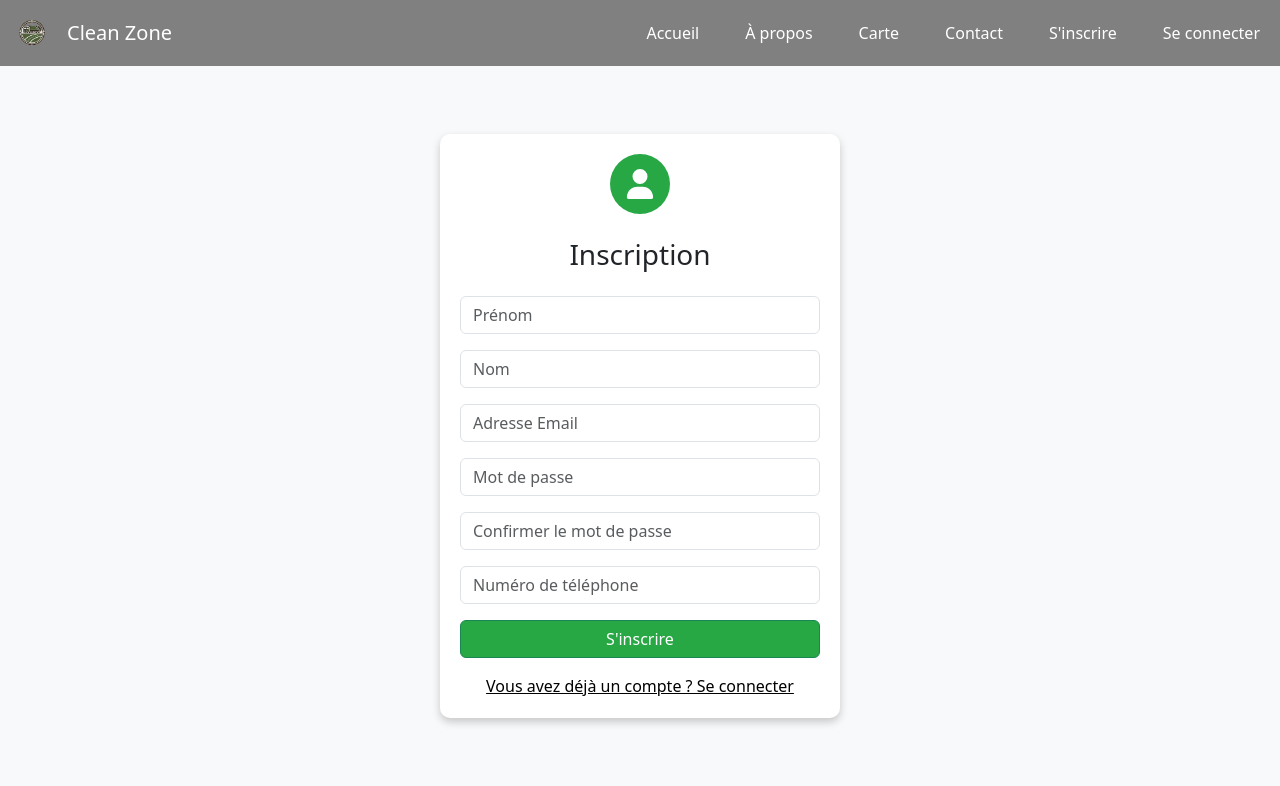
Repository: SystemInfoGeo/QGISproject
Page: /signup (app in NEXT/)
The author's editor kept a copy of each file at every save. The page is drawn from the files as they stood at one save, then again after the next save.
The browser window is 1280 px wide. The pictures show the whole page.
The project was rebuilt for these pictures with package versions that can differ from the ones it lists, and the page was loaded fresh each time. The framework's server and built-in components were replaced by stand-ins that run in the browser. Also part of the build but not shown: NEXT/next.config.mjs.

Above is the page before, as saved 2024-09-16 17:27:26.

### NEXT/pages/_app.js
// pages/_app.js
import { AuthProvider } from '../context/AuthContext';
import 'bootstrap/dist/css/bootstrap.min.css'; // Import Bootstrap CSS ici

function MyApp({ Component, pageProps }) {
  return (
    <AuthProvider>
      <Component {...pageProps} />
    </AuthProvider>
  );
}

export default MyApp;

### NEXT/pages/signup.js
import { useState } from 'react';
import axios from 'axios';
import { useRouter } from 'next/router';
import 'bootstrap/dist/css/bootstrap.min.css'; // Importation de Bootstrap pour le style
import Navbar from '../components/Navbar';
import { FontAwesomeIcon } from '@fortawesome/react-fontawesome';
import { faUser } from '@fortawesome/free-solid-svg-icons'; // Importer l'icône utilisateur
import '../styles/Signup.css'; // Import du fichier CSS externe

const Signup = () => {
  const [email, setEmail] = useState('');
  const [password, setPassword] = useState('');
  const [confirmPassword, setConfirmPassword] = useState('');
  const [firstName, setFirstName] = useState('');
  const [lastName, setLastName] = useState('');
  const [phoneNumber, setPhoneNumber] = useState('');
  const [error, setError] = useState('');
  const [loading, setLoading] = useState(false);
  const router = useRouter();

  const handleSubmit = async (e) => {
    e.preventDefault();
    setError('');
    setLoading(true);

    if (password !== confirmPassword) {
      setError('Les mots de passe ne correspondent pas.');
      setLoading(false);
      return;
    }

    const emailPattern = /^[^\s@]+@[^\s@]+\.[^\s@]+$/;
    if (!emailPattern.test(email)) {
      setError('Adresse email invalide.');
      setLoading(false);
      return;
    }

    const phonePattern = /^[0-9]{10,15}$/;
    if (!phonePattern.test(phoneNumber)) {
      setError('Numéro de téléphone invalide.');
      setLoading(false);
      return;
    }

    try {
      const response = await axios.post(`${process.env.NEXT_PUBLIC_API_URL}/signup`, {
        email,
        password,
        confirm_password: confirmPassword,
        first_name: firstName,
        last_name: lastName,
        phone_number: phoneNumber
      });

      if (response.status === 201) {
        setEmail('');
        setPassword('');
        setConfirmPassword('');
        setFirstName('');
        setLastName('');
        setPhoneNumber('');

        router.push('/login');
      }
    } catch (error) {
      if (error.response && error.response.data.error) {
        setError(error.response.data.error);
      } else {
        setError('Erreur lors de l\'inscription. Veuillez réessayer.');
      }
    } finally {
      setLoading(false);
    }
  };

  return (
    <>
      <Navbar /> {/* Inclusion de la Navbar */}

      {/* Contenu principal de la page d'inscription */}
      <div className="d-flex justify-content-center align-items-center vh-100 bg-light">
        <div className="signup-container">
          <div className="signup-icon mb-4 mx-auto d-flex justify-content-center align-items-center">
            <FontAwesomeIcon icon={faUser} size="2x" className="text-white" />
          </div>
          <h3 className="text-center mb-4">Inscription</h3>
          <form onSubmit={handleSubmit}>
            <div className="mb-3">
              <input
                type="text"
                className="form-control"
                id="firstName"
                placeholder="Prénom" // Placeholder à la place de <label>
                value={firstName}
                onChange={(e) => setFirstName(e.target.value)}
                required
              />
            </div>
            <div className="mb-3">
              <input
                type="text"
                className="form-control"
                id="lastName"
                placeholder="Nom" // Placeholder à la place de <label>
                value={lastName}
                onChange={(e) => setLastName(e.target.value)}
                required
              />
            </div>
            <div className="mb-3">
              <input
                type="email"
                className="form-control"
                id="email"
                placeholder="Adresse Email" // Placeholder à la place de <label>
                value={email}
                onChange={(e) => setEmail(e.target.value)}
                required
              />
            </div>
            <div className="mb-3">
              <input
                type="password"
                className="form-control"
                id="password"
                placeholder="Mot de passe" // Placeholder à la place de <label>
                value={password}
                onChange={(e) => setPassword(e.target.value)}
                required
              />
            </div>
            <div className="mb-3">
              <input
                type="password"
                className="form-control"
                id="confirmPassword"
                placeholder="Confirmer le mot de passe" // Placeholder à la place de <label>
                value={confirmPassword}
                onChange={(e) => setConfirmPassword(e.target.value)}
                required
              />
            </div>
            <div className="mb-3">
              <input
                type="tel"
                className="form-control"
                id="phoneNumber"
                placeholder="Numéro de téléphone" // Placeholder à la place de <label>
                value={phoneNumber}
                onChange={(e) => setPhoneNumber(e.target.value)}
                required
              />
            </div>
            <button type="submit" className="btn btn-success w-100 signup-btn" disabled={loading}>
              {loading ? 'Inscription en cours...' : "S'inscrire"}
            </button>
            {error && <p className="text-danger mt-3">{error}</p>}
          </form>
          <div className="text-center mt-3">
            <a href="/login">Vous avez déjà un compte ? Se connecter</a>
          </div>
        </div>
      </div>
    </>
  );
};

export default Signup;

### NEXT/context/AuthContext.js
import { createContext, useContext, useState, useEffect } from 'react';
import { Spinner } from 'react-bootstrap';
import jwt_decode from 'jwt-decode';

// Créez le contexte
const AuthContext = createContext();

// Créez un hook pour utiliser le contexte facilement
export const useAuth = () => useContext(AuthContext);

// Créer un fournisseur pour encapsuler l'état de connexion global
export const AuthProvider = ({ children }) => {
  const [loggedIn, setLoggedIn] = useState(false);
  const [loading, setLoading] = useState(true);  // Indicateur de chargement
  const [user, setUser] = useState(null);        // Stockage des informations utilisateur

  // Fonction pour vérifier la validité du token
  const isTokenValid = (token) => {
    try {
      const decodedToken = jwt_decode(token);  // Décodage du token JWT
      const currentTime = Date.now() / 1000;  // Temps actuel en secondes
      if (decodedToken.exp > currentTime) {
        return true;  // Le token est valide
      } else {
        console.warn("Le token a expiré.");
        return false;  // Le token est expiré
      }
    } catch (error) {
      console.error("Erreur lors du décodage du token:", error);
      return false;  // Le token est invalide
    }
  };

  // Vérification de la connexion au démarrage
  useEffect(() => {
    const token = localStorage.getItem('token');
    const userInfo = localStorage.getItem('user');

    // Vérification de la présence des données
    if (token && userInfo) {
      try {
        // Vérifier si le token est valide
        if (isTokenValid(token)) {
          setLoggedIn(true);

          // Essayer de parser les informations utilisateur
          try {
            const parsedUser = JSON.parse(userInfo);  // Charger les informations utilisateur
            setUser(parsedUser);
          } catch (error) {
            console.error("Erreur lors du parsing des informations utilisateur:", error);
            localStorage.removeItem('user');  // Supprimer les données corrompues
            setUser(null);
            setLoggedIn(false);
          }
        } else {
          // Le token est expiré ou invalide
          localStorage.removeItem('token');
          localStorage.removeItem('user');
          setLoggedIn(false);
        }
      } catch (error) {
        console.error("Erreur lors du traitement de la connexion:", error);
        setLoggedIn(false);
      }
    } else {
      // Si le token ou les infos utilisateur sont manquants
      console.warn("Aucun token ou informations utilisateur trouvés.");
      setLoggedIn(false);
    }

    setLoading(false);  // Fin du chargement
  }, []);

  // Fonction de connexion
  const login = (token, userInfo) => {
    if (token && userInfo) {
      localStorage.setItem('token', token);
      localStorage.setItem('user', JSON.stringify(userInfo));  // Enregistrer les informations utilisateur
      setUser(userInfo);
      setLoggedIn(true);
    } else {
      console.error("Le token ou les informations utilisateur sont manquants.");
    }
  };

  // Fonction de déconnexion
  const logout = () => {
    localStorage.removeItem('token');
    localStorage.removeItem('user');
    setUser(null);  // Réinitialiser les informations utilisateur
    setLoggedIn(false);
  };

  return (
    <AuthContext.Provider value={{ loggedIn, login, logout, loading, user }}>
      {loading ? <Spinner animation="border" role="status" /> : children} {/* Afficher un spinner si en chargement */}
    </AuthContext.Provider>
  );
};

### NEXT/components/Navbar.js
import Link from 'next/link';
import { useAuth } from '../context/AuthContext'; // Importer le hook useAuth
import 'bootstrap/dist/css/bootstrap.min.css';
import { useEffect, useState } from 'react';

export default function Navbar() {
  const { loggedIn } = useAuth(); // Utiliser le hook pour accéder à l'état de connexion
  const [userRole, setUserRole] = useState(null); // Stocker le rôle de l'utilisateur

  // Vérification du rôle de l'utilisateur lors du chargement de la page
  useEffect(() => {
    const role = localStorage.getItem('role'); // Récupérer le rôle depuis localStorage
    if (role) {
      setUserRole(role); // Mettre à jour le rôle de l'utilisateur dans le state
      console.log('Rôle de l’utilisateur:', role); // Afficher le rôle dans la console pour déboguer
    } else {
      console.log('Aucun rôle trouvé dans le localStorage');
    }
  }, []);

  return (
    <nav className="navbar navbar-expand-lg" style={{ backgroundColor: '#808080' }}>
      <div className="container-fluid">
        <a className="navbar-brand" href="/" style={{ color: 'white', display: 'flex', alignItems: 'center' }}>
          <img src="/images/logo.jpg" alt="Logo" style={{ width: '40px', height: '40px', marginRight: '15px' }} />
          Clean Zone
        </a>
        <button className="navbar-toggler" type="button" data-bs-toggle="collapse" data-bs-target="#navbarNav" aria-controls="navbarNav" aria-expanded="false" aria-label="Toggle navigation">
          <span className="navbar-toggler-icon"></span>
        </button>
        <div className="collapse navbar-collapse" id="navbarNav">
          <ul className="navbar-nav ms-auto">
            <li className="nav-item">
              <Link href="/" legacyBehavior>
                <a className="nav-link" style={{ color: 'white', marginRight: '30px' }}>Accueil</a>
              </Link>
            </li>

            <li className="nav-item">
              <Link href="/apropos" legacyBehavior>
                 <a className="nav-link" style={{ color: 'white', marginRight: '30px' }}>À propos</a>
              </Link>
            </li>

            <li className="nav-item">
              <Link href="/CARTE" legacyBehavior>
                <a className="nav-link" style={{ color: 'white', marginRight: '30px' }}>Carte</a>
              </Link>
            </li>
            <li className="nav-item">
              <Link href="/contact" legacyBehavior>
                <a className="nav-link" style={{ color: 'white', marginRight: '30px' }}>Contact</a>
              </Link>
            </li>

            {/* Affichage conditionnel basé sur l'état de connexion et le rôle */}
            {loggedIn ? (
              <li className="nav-item">
                {/* Si l'utilisateur est admin, rediriger vers le profil admin, sinon vers le profil utilisateur */}
                {userRole === 'admin' ? (
                  <Link href="/admin/profile" legacyBehavior>
                    <a className="nav-link" style={{ color: 'white', marginRight: '30px' }}>
                      Profil Admin
                    </a>
                  </Link>
                ) : (
                  <Link href="/user/profile" legacyBehavior>
                    <a className="nav-link" style={{ color: 'white', marginRight: '30px' }}>
                      Profil
                    </a>
                  </Link>
                )}
              </li>
            ) : (
              <>
                <li className="nav-item">
                  <Link href="/signup" legacyBehavior>
                    <a className="nav-link" style={{ color: 'white', marginRight: '30px' }}>S'inscrire</a>
                  </Link>
                </li>
                <li className="nav-item">
                  <Link href="/login" legacyBehavior>
                    <a className="nav-link" style={{ color: 'white' }}>Se connecter</a>
                  </Link>
                </li>
              </>
            )}
          </ul>
        </div>
      </div>
    </nav>
  );
}

### NEXT/styles/Signup.css
.signup-container {
    background: white;
    padding: 20px;
    border-radius: 10px;
    box-shadow: 0 4px 8px rgba(0, 0, 0, 0.2);
    max-width: 400px;
    width: 100%;
  }

  .signup-icon {
    width: 60px;
    height: 60px;
    background-color: #28a745;
    border-radius: 50%;
    display: flex;
    justify-content: center;
    align-items: center;
    margin: 0 auto 20px;
  }

  .signup-icon svg {
    width: 30px;
    height: 30px;
  }

  .signup-btn {
    background-color: #28a745;
    color: white;
  }

  .signup-btn:disabled {
    background-color: #94d3a2;
  }

  .text-danger {
    color: #dc3545 !important;
  }

  .text-center a {
    color: #007bff;
  }

  /* Changer la couleur du lien en noir */
.text-center a {
    color: #000; /* Remplacer par noir */
    transition: color 0.3s ease;
  }


  .bg-light {
    background-color: #f8f9fa !important;
  }

After the next save:
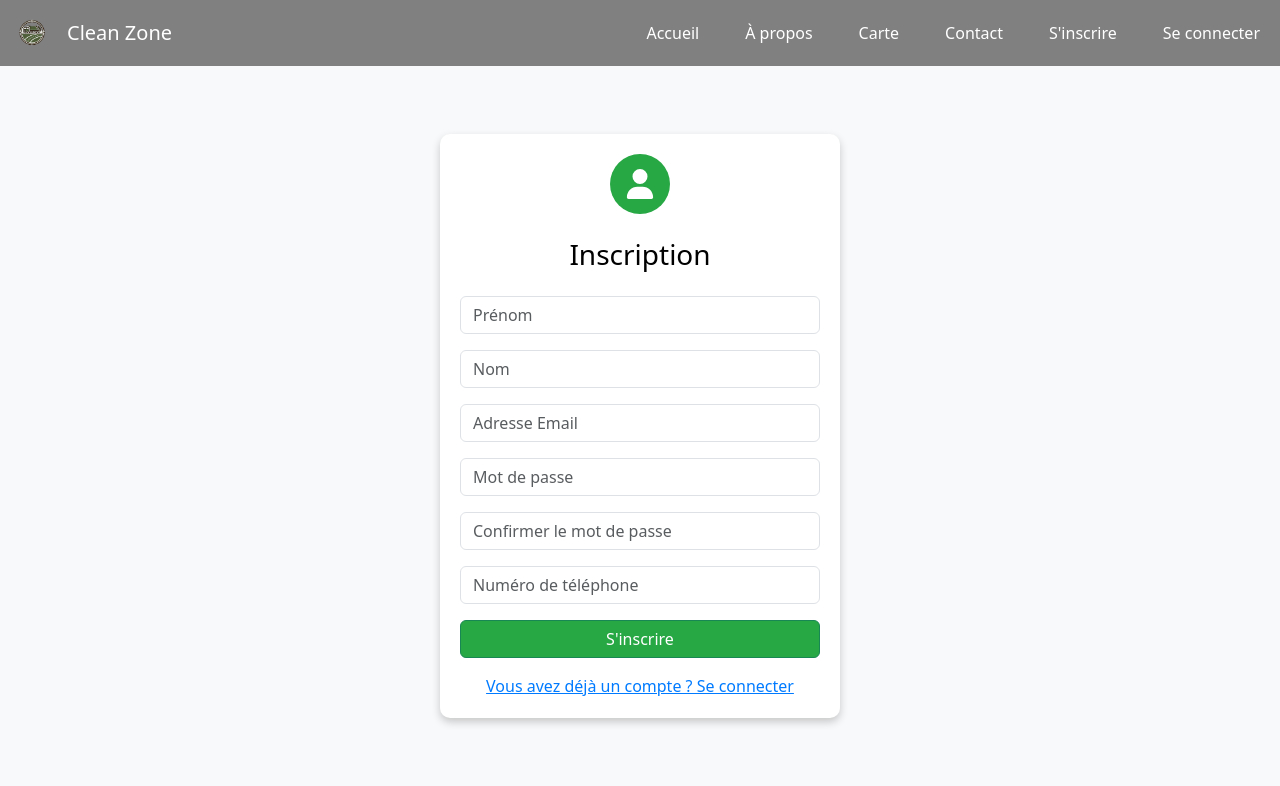
Saved 2 min 4 s later.
--- a/NEXT/styles/Signup.css
+++ b/NEXT/styles/Signup.css
@@ -40,12 +40,16 @@
     color: #007bff;
   }
 
-  /* Changer la couleur du lien en noir */
-.text-center a {
-    color: #000; /* Remplacer par noir */
+ /* Mettre "Vous avez déjà un compte ?" en noir */
+.text-center {
+    color: #000;
+  }
+
+  /* Laisser "Se connecter" en bleu */
+  .text-center a {
+    color: #007bff;
     transition: color 0.3s ease;
   }
-
 
   .bg-light {
     background-color: #f8f9fa !important;
